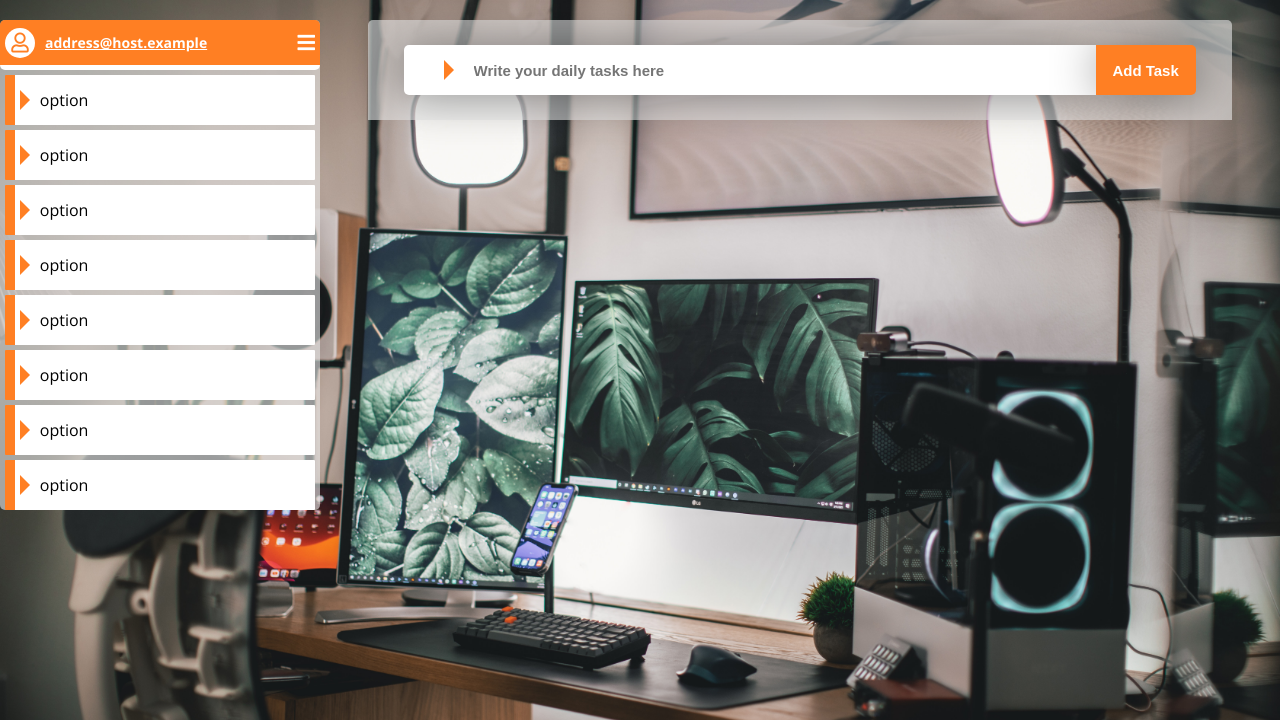
Repository: OmarEssameldinMousa/To-do-list-level01
Page: index.html
An editor plug-in stored every save of this project. The page is shown before and after the next save, followed by the edit.
The browser window is 1280 px wide. The pictures show the whole page.

Above is the page before, as saved 2023-08-09 23:57:51.

### index.html
<!DOCTYPE html>
<html lang="en">

<head>
    <meta charset="UTF-8">
    <meta name="viewport" content="width=device-width, initial-scale=1.0">
    <title>ToDo</title>
    <link rel="stylesheet" href="main.css">
    <link rel="preconnect" href="https://fonts.gstatic.com" />
    <link rel="stylesheet" href="css/all.min.css">
    <link href="https://fonts.googleapis.com/css2?family=Open+Sans:wght@400;700&display=swap" rel="stylesheet" />
</head>

<body>
    <div class="dashboard">
        <div class="nav">
            <div class="navigation">
                <div class="profile">
                    <div class="profile-pic">
                        <i class="fa-regular fa-user"></i>
                    </div>
                    <h3>address@host.example</h3>
                    <i class="fa-solid fa-bars" style="color: #ffffff;"></i>
                    <!-- <i class="fa-solid fa-bars second" style="color: #ffffff;"></i> -->
                    <!-- <i class="fa-solid fa-arrow-right" style="color: #ffffff;"></i>
                    <i class="fa-solid fa-arrow-left" style="color: #ffffff;"></i> -->
                </div>
                <ul>
                    <li>
                        <span class="toggle"></span>
                        <span class="title">option</span>
                    </li>
                    <li>
                        <span class="toggle"></span>
                        <span class="title">option</span>
                    </li>
                    <li>
                        <span class="toggle"></span>
                        <span class="title">option</span>
                    </li>
                    <li>
                        <span class="toggle"></span>
                        <span class="title">option</span>
                    </li>
                    <li>
                        <span class="toggle"></span>
                        <span class="title">option</span>
                    </li>
                    <li>
                        <span class="toggle"></span>
                        <span class="title">option</span>
                    </li>
                    <li>
                        <span class="toggle"></span>
                        <span class="title">option</span>
                    </li>
                    <li>
                        <span class="toggle"></span>
                        <span class="title">option</span>
                    </li>
                </ul>
            </div>
        </div>
        <div class="workstation">
            <div class="container">
                <div class="form">
                    <div>
                        <span></span>
                        <input type="text" class="input" placeholder="Write your daily tasks here">
                    </div>
                    <input type="submit" class="add" value="Add Task">
                </div>
                <!-- separator -->
                <div class="tasks">
                    <div class="tasks-numbers">

                    </div>
                    <div class="tasks-container">

                    </div>
                </div>
            </div>
        </div>
    </div>
    <script src="main.js"></script>
</body>

</html>

### main.css
:root {
    --main-color: rgba(235, 235, 235, 0.6);
    --secondery-color: #ff7f23;
}

* {
    -webkit-box-sizing: border-box;
    -moz-box-sizing: border-box;
    box-sizing: border-box;
    padding: 0;
    margin: 0;
}

body {
    font-family: "Open Sans", sans-serif;
    background-image: url(backgroundimage.jpg);
    background-repeat: no-repeat;
    background-size: cover;
    position: relative;
    height: 100%;
}


ul {
    list-style: none;
}


.dashboard {
    display: flex;
    height: 100%;
    width: 100%;
    column-gap: 0px;
}

.nav {
    width: 25%;
    height: 100%;
    position: relative;
    margin-top: 20px;
    border-radius: 5px;
}

.nav .navigation {
    height: 100%;
    width: 100%;
    background: var(--main-color);
    border-radius: 5px;
}

.nav .navigation .profile {
    width: 100%;
    height: 50px;
    background-color: var(--secondery-color);
    display: flex;
    align-items: center;
    border-bottom: 5px solid white;
    border-radius: 5px;
}

.nav .navigation .profile .profile-pic {
    border-radius: 50%;
    background-color: white;
    height: 30px;
    width: 30px;
    display: flex;
    align-items: center;
    justify-content: center;
    margin-left: 5px;
}

.nav .navigation .profile i {
    font-size: 20px;
    color: var(--secondery-color);
}

.nav .navigation .profile h3 {
    font-size: 14px;
    padding-left: 10px;
    text-decoration: underline;
    color: white;
}

.nav .navigation ul {
    width: 97%;
    margin: auto;
    margin-top: 5px;
}

.nav .navigation ul li {
    padding: 5px;
    height: 50px;
    background-color: white;
    margin-bottom: 5px;
    border-radius: 1px;
    border-left: 10px solid #ff7f23;
    display: flex;
    align-items: center;
    transition: 0.3s;
}


.nav .navigation ul li:hover .toggle {
    padding-left: 10px;
}

.navigation .footer {
    width: 100%;
    height: 153px;
    background-color: #ff7f23;
    display: flex;
    align-items: center;
    justify-content: center;
    border-top: 5px solid white;
    column-gap: 5px;
}

.navigation .footer i {
    font-size: 30px;
    color: white;
}

.navigation .footer h1 {
    color: white;
}

.navigation .footer span {
    height: 30px;
    width: 5px;
    background-color: white;
}

li .toggle {
    border: 10px solid var(--secondery-color);
    border-color: transparent transparent transparent #ff7f23;
    transition: 0.3s;
}

.workstation {
    height: 100%;
    position: relative;
    flex: 1;
}

.container {
    width: 100%;
    min-height: 50px;
    background-color: transparent;
    z-index: 1;
    position: absolute;
}

.container .form {
    width: 90%;
    height: 100px;
    background-color: var(--main-color);
    margin: 20px auto;
    border-top-right-radius: 5px;
    border-top-left-radius: 5px;
    text-align: center;
    position: relative;
    display: flex;
    justify-content: center;
    align-items: center;
}

.container .tasks {
    width: 90%;
    background-color: var(--main-color);
    margin: 20px auto;
    display: flex;
    border-bottom-left-radius: 5px;
    border-bottom-right-radius: 5px;
}

.container .form .input,
.container .form .add {
    display: block;
    height: 50px;
}

.container .form div {
    width: 80%;
    border-bottom-left-radius: 5px;
    border-top-left-radius: 5px;
    border: 0px solid;
    box-shadow: -5px 0 50px 0px #00000073;
    background-color: white;
    display: flex;
    justify-content: flex-end;
    align-items: center;
}

.container .form div span {
    border: 10px solid #ff7f23;
    border-color: transparent transparent transparent #ff7f23;
    margin-right: 10px;
}

.container .form div .input {
    outline: 0;
    font-size: 15px;
    border: 0px solid;
    font-weight: bold;
    width: 90%;
}

.container .form .add {
    width: 100px;
    border: 0px solid;
    background-color: #ff7f23;
    color: white;
    font-weight: bold;
    font-size: 15px;
    border-bottom-right-radius: 5px;
    border-top-right-radius: 5px;
    box-shadow: 5px 0 50px 0px #00000073;
}

.container .tasks .tasks-container {
    width: 80%;
    display: flex;
    flex-direction: column;
    align-items: center;
    align-content: center;
    flex: 1;
}

.container .tasks .tasks-container .task {
    width: 80%;
    height: 50px;
    border-radius: 5px;
    border: 0px solid;
    box-shadow: -5px 0 50px 0px #00000073;
    background-color: white;
    margin: 10px 0;
    position: relative;
    display: flex;
    align-items: center;
}

.container .tasks .tasks-container .task i {
    margin-left: 10px;
    margin-right: 10px;
    color: var(--secondery-color);
}


.container .tasks .tasks-container .task::after {
    content: "";
    width: 10%;
    height: 100%;
    background-color: #ff7f23;
    position: absolute;
    top: 0;
    left: 90%;
    z-index: 0;
    border-top-right-radius: 5px;
    border-bottom-right-radius: 5px;
}

.container .tasks .tasks-container .task i:first-of-type {
    position: absolute;
    right: 4%;
    top: 50%;
    transform: translateY(-50%);
    color: white;
    z-index: 1;
    font-size: 20px;
}

.container .tasks .tasks-container .task i:last-of-type {
    position: absolute;
    right: 0%;
    top: 50%;
    transform: translateY(-50%);
    color: white;
    z-index: 1;
    font-size: 20px;
}

.container .tasks .tasks-numbers {
    width: 50px;
    display: flex;
    align-items: center;
    flex-direction: column;
}


.tasks-numbers .repated-line-circle {
    width: 2px;
    height: 70px;
}

.tasks-numbers .line-circle {
    display: flex;
    flex-direction: column;
    width: 100%;
    height: 100%;
    justify-content: space-between;
    align-items: center;
}

.tasks-numbers .line-circle .upper-line {
    width: 100%;
    height: 40%;
    background-color: white;
}

.tasks-numbers .line-circle .circle {
    font-family: 'VT323', monospace;
    width: 20px;
    height: 20px;
    background-color: #ff7f23;
    border-radius: 50%;
    text-align: center;
    position: relative;
    transition: 0.3s;
    animation: gradient-animation 5s infinite alternate;
    border: 1px solid white;
}


.tasks-numbers .line-circle .circle p {
    position: absolute;
    left: 50%;
    top: 50%;
    transform: translate(-50%, -50%);
    font-size: 14px;
    color: white;
}

.line-circle .circle p a {
    text-decoration: none;
}

.tasks-numbers .line-circle .lower-line {
    width: 2px;
    height: 40%;
    background-color: white;
}

.nav .navigation .profile i.fa-solid.fa-bars {
    position: absolute;
    right: 5px;
    /* display: none; */
}


@media (max-width: 767px) {
    body {
        background-image: none;
    }

    .dashboard {
        flex-direction: column;
    }

    .nav {
        width: 100% !important;
        height: 50px;
        z-index: 2;
    }

    .navigation {
        width: 100%;
        position: absolute;
        background-color: #ff7f23;
    }

    .nav .navigation ul {
        width: 100%;
        display: none;
    }

    .nav .navigation ul li {
        border: none;
        margin: 0;
    }

    .navigation .footer {
        display: none;
    }

    .nav .navigation .profile i.fa-solid.fa-bars {
        display: inline-block;
    }

    .nav .navigation .profile i.fa-solid.fa-bars.second {
        display: none;
    }
}

/* Small */
@media (min-width: 768px) {}

/* Medium */
@media (min-width: 992px) {}

/* Large */
@media (min-width: 1200px) {}

### main.js
let counter = 1;
let counterarray = [];
let tasksDiv = document.querySelector(".tasks-container");
let tasksnumbersDiv = document.querySelector(".tasks-numbers");
let inputbox = document.querySelector(".input");
let inputboxValue = inputbox.value;
let inputbtn = document.querySelector(".add");
let idtentity = 0;
let list = [];
let menu_bars = document.querySelector("i.fa-solid.fa-bars")
let optionsul = document.querySelector(".nav .navigation ul")
let menu_bars2 = document.querySelector("i.fa-solid.fa-bars.second")
let navdiv = document.querySelector(".nav")

function createTaskDiv_NumberDiv() {
    if (inputbox.value != "") {
        let inputbox = document.querySelector(".input");
        let inputboxValue = inputbox.value;
        counterarray.push(counter);
        // craeting task divs
        let taskDiv = document.createElement("div");
        taskDiv.className = "task";
        let i1 = document.createElement("i");
        i1.className = "fa-regular fa-square-check";
        let i2 = document.createElement("i");
        i2.className = "fa-solid fa-clock";
        let i3 = document.createElement("i");
        i3.className = "fa-regular fa-trash-can";
        i3.setAttribute("index", counterarray.length - 1);
        let tasktitle = document.createElement("h4");
        tasktitle.innerHTML = inputboxValue;
        // nesting all childs under each parent
        tasksDiv.appendChild(taskDiv);
        taskDiv.appendChild(i1);
        taskDiv.appendChild(i2);
        taskDiv.appendChild(i3);
        taskDiv.appendChild(tasktitle);
        //creating the numbering divs
        let repatedlinecircleDiv = document.createElement("div");
        repatedlinecircleDiv.className = "repated-line-circle";
        let linecirclediv = document.createElement("div");
        linecirclediv.className = "line-circle";
        let upperlinediv = document.createElement("div");
        upperlinediv.className = "upper-line";
        let circlediv = document.createElement("div");
        circlediv.className = "circle";
        let circleparacontent = document.createElement("p");
        circleparacontent.innerHTML = `${counterarray.length}`;
        let lowerlinediv = document.createElement("div");
        lowerlinediv.className = "lower-line";
        //nesting all childs under each parent
        tasksnumbersDiv.appendChild(repatedlinecircleDiv);
        repatedlinecircleDiv.appendChild(linecirclediv);
        linecirclediv.appendChild(upperlinediv);
        linecirclediv.appendChild(circlediv);
        circlediv.appendChild(circleparacontent);
        linecirclediv.appendChild(lowerlinediv);
        // after adjustments
        list.push({ "id": idtentity, "title": inputbox.value, });
        window.localStorage.setItem("tasks", JSON.stringify(list));
        inputbox.value = "";
        counter++;
        idtentity++;
        inputbox.focus();
    }
}

inputbtn.addEventListener("click", createTaskDiv_NumberDiv);

document.addEventListener("click", function (e) {
    if (e.target.className === "fa-regular fa-trash-can") {
        let n = 1;
        // deleting from BOM - local storage
        let storedTasks = JSON.parse(window.localStorage.getItem("tasks"))
        storedTasks.filter(a => a.id != e.index);
        list = storedTasks;
        window.localStorage.clear()
        window.localStorage.setItem("tasks", JSON.stringify(storedTasks));
        // deleting from the DOM
        e.target.parentElement.parentElement.previousElementSibling.lastChild.remove();
        counterarray.pop();
        counter--;
        e.target.parentElement.remove();
        document.querySelectorAll(".circle p").forEach(element => {
            element.innerHTML = n;
            n++;
        });
    }
})

menu_bars.addEventListener("click", function () {
    if (optionsul.style.display == "block") {
        optionsul.style.display = "none"
    } else {
        optionsul.style.display = "block"
    }
})

Loaded but not shown: css/all.min.css (library)

After the next save:
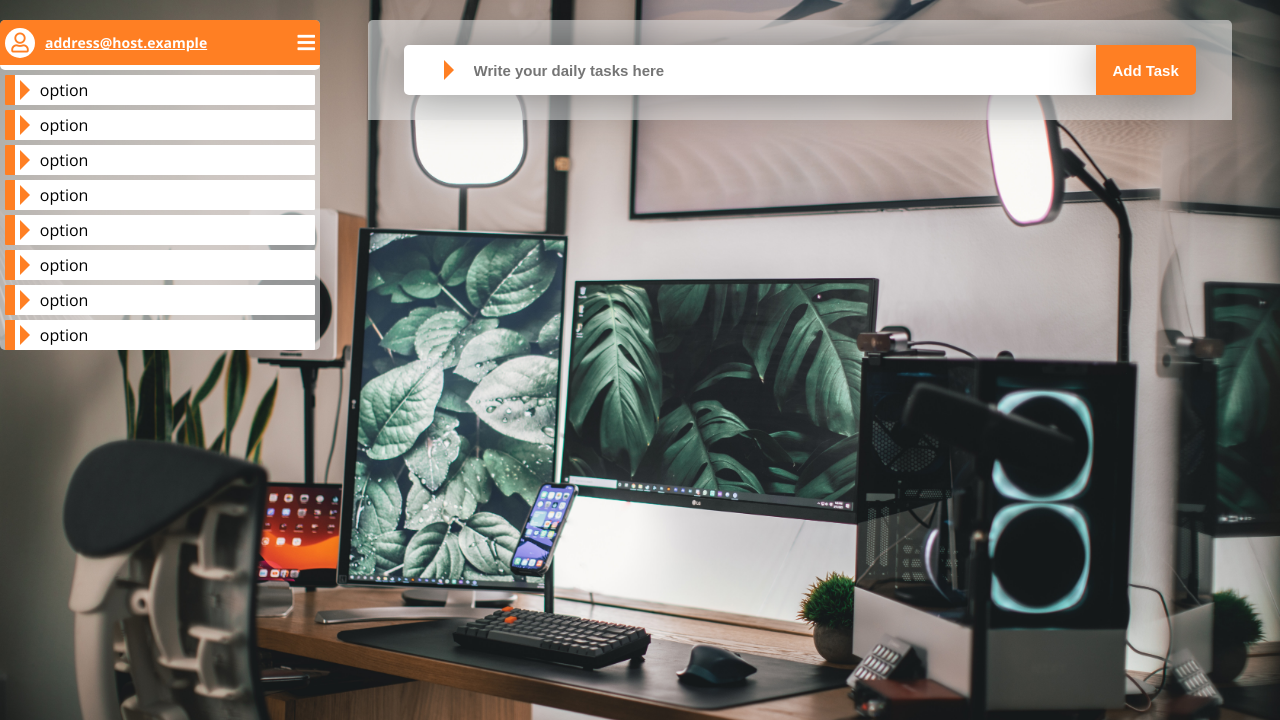
Saved 23 s later.
--- a/main.css
+++ b/main.css
@@ -89,7 +89,7 @@ ul {
 
 .nav .navigation ul li {
     padding: 5px;
-    height: 50px;
+    height: 30px;
     background-color: white;
     margin-bottom: 5px;
     border-radius: 1px;
